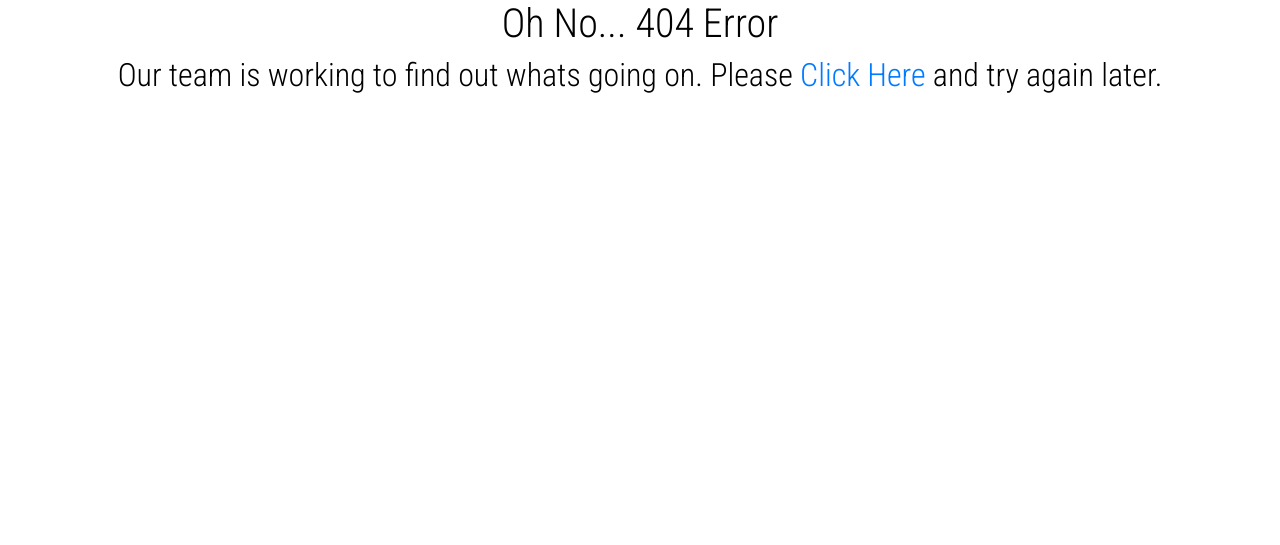
Repository: Code-Institute-Submissions/https-github.com-callendera-Milestone-Project-2
Page: 404.html
The author's editor kept a record of every edit. The page is drawn from the files as they stood at one moment, then again after the next edit.
The browser window is 1280 px wide. The pictures show the whole page.
Some web libraries are served in a nearby version.

Above is the page before.
Console error: TypeError: Cannot read properties of undefined (reading 'fn')

### 404.html
<!DOCTYPE html>
<html lang="en">

<head>
    <meta charset="UTF-8">
    <meta name="viewport" content="width=device-width, initial-scale=1.0">
    <meta http-equiv="X-UA-Compatible" content="ie=edge">
    <title>Fayette County PRIDE</title>


    <link href="https://fonts.googleapis.com/css?family=Amatic+SC:700|Roboto+Condensed:300&display=swap" rel="stylesheet">

    <!--this code provides my Icons-->
    <link rel="stylesheet" href="https://use.fontawesome.com/releases/v5.8.1/css/all.css" integrity="sha384-50oBUHEmvpQ+1lW4y57PTFmhCaXp0ML5d60M1M7uH2+nqUivzIebhndOJK28anvf" crossorigin="anonymous">
    <!--this code allows me to use bootstrap styles and pieces of code-->
    <link rel="stylesheet" href="https://stackpath.bootstrapcdn.com/bootstrap/4.3.1/css/bootstrap.min.css" integrity="sha384-ggOyR0iXCbMQv3Xipma34MD+dH/1fQ784/j6cY/iJTQUOhcWr7x9JvoRxT2MZw1T" crossorigin="anonymous">

    <!--links to my style sheet: style.css-->
    <link rel="stylesheet" href="assets/css/style.css" type="text/css" />




</head>

<body class="text-center">


            <h1>Oh No... 404 Error</h1>

            <h2 class="col-12">Our team is working to find out whats going on. Please <a href="index.html">Click Here</a> and try again later.</h3>


    <!--positioning engine, used throughout webpage-->
    <script src="https://cdnjs.cloudflare.com/ajax/libs/popper.js/1.14.7/umd/popper.min.js " integrity="sha384-UO2eT0CpHqdSJQ6hJty5KVphtPhzWj9WO1clHTMGa3JDZwrnQq4sF86dIHNDz0W1 " crossorigin="anonymous "></script>

    <!--script needed to link my bootstrap javascript classes-->
    <script src="https://stackpath.bootstrapcdn.com/bootstrap/4.3.1/js/bootstrap.min.js " integrity="sha384-JjSmVgyd0p3pXB1rRibZUAYoIIy6OrQ6VrjIEaFf/nJGzIxFDsf4x0xIM+B07jRM " crossorigin="anonymous "></script>


    </div>

    <!-- Modal -->


</body>

</html>

### assets/css/style.css
/** {*/

/*  background: #000 !important;*/

/*  color: #0f0 !important;*/

/*  outline: solid #f00 1px !important;*/

/*}*/

/*--Background Styles--*/

body {
    font-family: 'Roboto Condensed', sans-serif;

    background-color: #ffffff;
    color: black;
    font-size: 20px;
}

footer {
    background-color: #686464;
    color: #ffffff;
    font-size: 12px;
}

.error-body {
    background: url("../images/bounce.gif")repeat center center fixed;
    -webkit-background-size: cover;
    -moz-background-size: cover;
    -o-background-size: cover;
    background-size: contain;

    overflow: hidden;

    align-items: center;
    justify-content: center;
    height: 50vh;
}

.contact-info {
    padding-top: 20px;
}

.callout-container {
    /*--- sets background image for callout container. it is set to not repeat, so the image doesnt stretch, and the image will be centered horizontally and pushed to the top of the container. the background will also not scroll, but remained positioned so things will scroll past it---*/
    background: url("../images/crowd.jpg")no-repeat center center fixed;
    /*--- adjusts background for different browsers ---*/
    -webkit-background-size: cover;
    -moz-background-size: cover;
    -o-background-size: cover;
    background-size: cover;

    /*--- makes the background fit to the container ---*/
    overflow: hidden;

    /*--- aligns and justifies text in container ---*/
    align-items: center;
    justify-content: center;
    /*--- the height that container will take up in the viewport ---*/
    height: 100vh;

}

.involved-container {
    color: black;
    padding-top: 500px;

    /*--- makes the background fit to the container ---*/
    overflow: hidden;

    /*--- aligns and justifies text in container ---*/
    align-items: center;
    justify-content: center;
    /*--- the height that container will take up in the viewport ---*/
    height: 60vh;

}

.opaque-overlay {
    /*---positioned relative to the nearest positioned ancestor---*/
    position: absolute;
    top: 0;
    left: 0;
    /*--- size of overlay to just cover background image ---*/
    height: 100%;
    width: 100%;
    /*--- color of background to be grey but almost transparent to make white text stand out ---*/
    background-color: rgba(0, 0, 0, 0.55);

    /*---pulls content forward to be visible on Z-index axis---*/
    z-index: 1;

}

/*--Navbar Styles--*/

.my-navbar {
    font-family: 'Roboto Condensed', sans-serif;

    /*--- removes margins automatically set by bootstrap ---*/
    margin: 0;
    /*--- removes padding automatically set by bootstrap ---*/
    padding-left: 20px;
    padding-right: 20px;
    padding-bottom: 0;
    padding-top: 0;
    background-color: #ffffff;
    /*--- color of text white ---*/
    height: 150px;
}

.my-navbar-nav {
    /*--- removes padding automatically set by bootstrap ---*/
    padding-left: 30px;
    background-color: #ffffff;


}



.my-nav-link {
    /*--- color of text white ---*/
    color: black;
    /*--- color change transition when hovering over my-nav-link ---*/
    transition: all 0.40s ease-in-out;
    -moz-transition: all 0.40s ease-in-out;
    -webkit-transition: all 0.40s ease-in-out;
    -o-transition: all 0.40s ease-in-out;
    /*--- adjustments for each web browser ---*/
}


.my-navbar-toggler {
    /*--- display to fill contents ---*/
    display: contents;
    width: 2em;
    height: 2em;
    /*--- aligns to fit toggler container ---*/
    vertical-align: middle;
    /*--- content aligned according to parent element ---*/
    content: "";
    /*--- toggler doesn't repeat and it center to container ---*/
    background: no-repeat center center;
    /*--- toggler 100% of toggler container ---*/
    background-size: 100% 100%;

    /*--- color of text white ---*/
    color: black;
    /*--- removes margins automatically set by bootstrap ---*/
    margin-right: 30px;
}

.my-navbar-toggler-icon {
    /*--- color of icon white ---*/
    color: black;

}

.my-navbar-brand {
    font-family: 'Amatic SC', cursive;

}

/*--Buttons--*/

.my-btn {
    /*---blue color--*/
    background-color: #28a74500;
    border-color: #03A9F4;
    color: #03A9F4;
    font-weight: 800;

}

.my-btn:hover {
    /*--- color of background: blue ---*/
    background-color: #03A9F4;
    /*--- when mouse is hovered the button will transition for .40seconds to a darker green color. the color will gradually ease in and then ease out. ---*/
    transition: all 0.40s ease-in-out;
    -moz-transition: all 0.40s ease-in-out;
    -webkit-transition: all 0.40s ease-in-out;
    -o-transition: all 0.40s ease-in-out;
    /*--- adjustments for each web browser ---*/
}

.my-involved-btn {
    background-color: #ffffff;
    border-color: #03A9F4;
    color: #03A9F4;
}

.my-involved-btn:hover {
    /*--- color of background: blue ---*/
    background-color: #03A9F4;
    /*--- when mouse is hovered the button will transition for .40seconds to a darker green color. the color will gradually ease in and then ease out. ---*/
    transition: all 0.40s ease-in-out;
    -moz-transition: all 0.40s ease-in-out;
    -webkit-transition: all 0.40s ease-in-out;
    -o-transition: all 0.40s ease-in-out;
    /*--- adjustments for each web browser ---*/
}

.app-heading {
    padding-bottom: 30px;
}


.volunteer-form {
    padding-top: 200px;
    padding-bottom: 100px;
}

.footer-NPO {
    padding-top: 20px;
}

.footer-social-media {
    padding-left: 20px;
    padding-top: 20px;
}

.footer-social-media i {
    /*---blue color--*/
    color: #03A9F4;
    font-size: 20px;

}

.footer-social-media i:hover {
    /*--- color of background: darker green ---*/
    color: #2567ae;
    /*--- when mouse is hovered the button will transition for .40seconds to a darker green color. the color will gradually ease in and then ease out. ---*/
    transition: all 0.40s ease-in-out;
    -moz-transition: all 0.40s ease-in-out;
    -webkit-transition: all 0.40s ease-in-out;
    -o-transition: all 0.40s ease-in-out;
    /*--- adjustments for each web browser ---*/
}

.social-heading {
    padding-top: 100px;
    font-size: 25px;
}

.social-media i {
    /*---blue color--*/
    color: #03A9F4;
    font-size: 30px;
    padding: 15px;
}

.social-media i:hover {
    /*--- color of background: darker green ---*/
    color: #2567ae;
    /*--- when mouse is hovered the button will transition for .40seconds to a darker green color. the color will gradually ease in and then ease out. ---*/
    transition: all 0.40s ease-in-out;
    -moz-transition: all 0.40s ease-in-out;
    -webkit-transition: all 0.40s ease-in-out;
    -o-transition: all 0.40s ease-in-out;
    /*--- adjustments for each web browser ---*/
}


.my-icon i {
    /*---blue color--*/
    color: #03A9F4;
    font-size: 50px;
}

.my-icon i:hover {
    /*--- color of background: darker blue ---*/
    color: #2567ae;
    /*--- when mouse is hovered the button will transition for .40seconds to a darker blue color. the color will gradually ease in and then ease out. ---*/
    transition: all 0.40s ease-in-out;
    -moz-transition: all 0.40s ease-in-out;
    -webkit-transition: all 0.40s ease-in-out;
    -o-transition: all 0.40s ease-in-out;
    /*--- adjustments for each web browser ---*/
}

/*--- Images ---*/

.involved-div3 {

    background: url("../images/holding.jpg")no-repeat center center;
    /*--- adjusts background for different browsers ---*/
    -webkit-background-size: cover;
    -moz-background-size: cover;
    -o-background-size: cover;
    background-size: cover;

    /*--- makes the background fit to the container ---*/
    overflow: hidden;

    /*--- aligns and justifies text in container ---*/
    align-items: center;
    justify-content: center;

    width: 300px;
    height: 300px;
}

.involved-div2 {

    background: url("../images/vendors.jpg")no-repeat center center;
    /*--- adjusts background for different browsers ---*/
    -webkit-background-size: cover;
    -moz-background-size: cover;
    -o-background-size: cover;
    background-size: cover;

    /*--- makes the background fit to the container ---*/
    overflow: hidden;

    /*--- aligns and justifies text in container ---*/
    align-items: center;
    justify-content: center;

    width: 300px;
    height: 300px;
}

.involved-div1 {

    background: url("../images/rainbow.jpg")no-repeat center center;
    /*--- adjusts background for different browsers ---*/
    -webkit-background-size: cover;
    -moz-background-size: cover;
    -o-background-size: cover;
    background-size: cover;

    /*--- makes the background fit to the container ---*/
    overflow: hidden;

    /*--- aligns and justifies text in container ---*/
    align-items: center;
    justify-content: center;

    width: 300px;
    height: 300px;
}

.involved-padding {
    /*padding-top: 10px;*/
    font-size: 14.3px;
}


.involved-margin {
    margin-top: 40px;
}


.involved-span {
    width: 200px;
    height: 300px;
    background-color: #03A9F4;
    margin: auto;
    color: #ffffff;
}

.event-container {
    padding-top: 80px;
}

.history-div {
    width: 300px;
    margin: auto;
    padding-top: 150px;
}

.group-image-div {

    background: url("../images/group.png")no-repeat center center;
    /*--- adjusts background for different browsers ---*/
    -webkit-background-size: cover;
    -moz-background-size: cover;
    -o-background-size: cover;
    background-size: cover;

    /*--- makes the background fit to the container ---*/
    overflow: hidden;

    /*--- aligns and justifies text in container ---*/
    align-items: center;
    justify-content: center;

    height: 300px;
    width: 800px;
    margin-left: ;

}

.insta1 {
    background: url("../images/day.png")no-repeat center center;
    /*--- adjusts background for different browsers ---*/
    -webkit-background-size: cover;
    -moz-background-size: cover;
    -o-background-size: cover;
    background-size: cover;

    /*--- makes the background fit to the container ---*/
    overflow: hidden;

    /*--- aligns and justifies text in container ---*/
    align-items: center;
    justify-content: center;
}

.insta2 {
    background: url("../images/stonewall.png")no-repeat center center;
    /*--- adjusts background for different browsers ---*/
    -webkit-background-size: cover;
    -moz-background-size: cover;
    -o-background-size: cover;
    background-size: cover;

    /*--- makes the background fit to the container ---*/
    overflow: hidden;

    /*--- aligns and justifies text in container ---*/
    align-items: center;
    justify-content: center;
}

.insta3 {
    background: url("../images/pride2.png")no-repeat center center;
    /*--- adjusts background for different browsers ---*/
    -webkit-background-size: cover;
    -moz-background-size: cover;
    -o-background-size: cover;
    background-size: cover;

    /*--- makes the background fit to the container ---*/
    overflow: hidden;

    /*--- aligns and justifies text in container ---*/
    align-items: center;
    justify-content: center;
}

.insta4 {
    background: url("../images/poster.png")no-repeat center center;
    /*--- adjusts background for different browsers ---*/
    -webkit-background-size: cover;
    -moz-background-size: cover;
    -o-background-size: cover;
    background-size: cover;

    /*--- makes the background fit to the container ---*/
    overflow: hidden;
    /*--- aligns and justifies text in container ---*/
    align-items: center;
    justify-content: center;
}


.insta5 {
    background: url("../images/wrong.png")no-repeat center center;
    /*--- adjusts background for different browsers ---*/
    -webkit-background-size: cover;
    -moz-background-size: cover;
    -o-background-size: cover;
    background-size: cover;

    /*--- makes the background fit to the container ---*/
    overflow: hidden;

    /*--- aligns and justifies text in container ---*/
    align-items: center;
    justify-content: center;
}

.insta6 {
    background: url("../images/sky.png")no-repeat center center;
    /*--- adjusts background for different browsers ---*/
    -webkit-background-size: cover;
    -moz-background-size: cover;
    -o-background-size: cover;
    background-size: cover;

    /*--- makes the background fit to the container ---*/
    overflow: hidden;

    /*--- aligns and justifies text in container ---*/
    align-items: center;
    justify-content: center;
}

.insta-container {
    padding-left: 85px;
}

.insta-div {
    width: 200px;
    height: 200px;
    background-color: black;
    margin-bottom: 40px;
}

/*---------------TIMELINE-------------*/

.time-map-margin {
    margin-top: 40px;
}

.map {
    height: 200px;
}

div#map {

    min-height: 360px;

}

.events-heading {
    margin-top: 80px;
}

.my-timeline-item {
    /*--- removes padding automatically set by bootstrap ---*/
    padding: 4em 2em 0em 2em;
    /*---positioned relative to normal position---*/
    position: relative;
    /*--- creates solid line for timeline ---*/
    border-left: 1px solid;
}

.my-timeline-item p {
    /*--- removes padding automatically set by bootstrap ---*/
    padding: 0;
    /*--- removes margins automatically set by bootstrap ---*/
    margin: 0;
}

/*--- 'before' sets dates ---*/

.my-timeline-item:before {
    /*--- timeline displays dates to and the attribute sets them to be in order ---*/
    content: attr(data-dates);
    position: absolute;
    left: 2.5em;
    top: 3em;
    display: block;
    font-weight: 500;
    font-size: 0.8em;
    /*--- removes padding automatically set by bootstrap ---*/
    padding: 0;
    /*--- removes margins automatically set by bootstrap ---*/
    margin: 0;
}

/*--- 'after sets dots  ---*/

.my-timeline-item:after {
    width: 12px;
    height: 12px;
    display: block;
    top: 2.4em;
    /*---positioned relative to the nearest positioned ancestor---*/
    position: absolute;
    left: -6px;
    border-radius: 12px;
    content: '';
    background-color: black;
}

.my-timeline {
    /*--- removes padding automatically set by bootstrap ---*/
    padding-left: 100px;
    padding-top: 20px;
    padding-right: 50px;
    padding-bottom: 20px;

    z-index: 2;
}



/*---MISC.--*/

.my-block-divider {
    width: 250px;
    height: 3px;
    /*--- no outline on divider ---*/
    border: 0;
    /*--- color of block divider, grey and slightly transparent ---*/
    background-color: #ffeb3b;
}

.my-text-box {
    padding: 25px;
}

.myform {
    width: 250px;
    margin: auto;
}

.my-jumbotron {
    height: 630px;
    width: 325px;
    margin-left: 25px;
    margin-top: 120px;
    font-size: 40px;

}

.involved-container {
    padding: 0px;
}

.cover-heading {
    font-family: 'Amatic SC', cursive;
    font-size: 100px;
    padding-top: 100px;

}

/*---Media Queries--*/

@media (min-width: 576px) {
    .my-navbar-nav {
        padding-left: 0px;
    }

    .opaque-overlay {
        height: 60vh;

    }

    .involved-container {
        padding: 0px;
    }

    .my-jumbotron {
        width: 500px;
        margin-left: 38px;
        margin-right: 38px;
        margin-top: 90px;
    }
    .myform {
        width: 400px;
    }

    .insta-div {
        height: 130px;
        width: 130px;
        margin: 10px;
    }

    .insta-container {
        margin: auto;
        padding-left: 60px;
        padding-right: 60px;
    }

}

@media (min-width: 768px) {

    .insta-div {
        height: 170px;
        width: 170px;
        margin: 10px;
    }

    .insta-container {
        margin: auto;
        padding-left: 90px;
        padding-right: 60px;
    }

    .involved-padding {
        padding-top: 40px;
    }

    .involved-span {
        padding-top: 30px;

    }
    .history-div {
        width: 600px;

        padding-top: 150px;

    }

    .my-jumbotron {
        width: 600px;
        margin-left: 84px;
        margin-right: 84px;
        margin-top: 100px;
    }

    .myform {
        width: 500px;
        margin: auto;
    }
}

@media (min-width: 992px) {

    .my-jumbotron {
        width: 900px;
        margin-left: 46px;
        margin-right: 46px;
        margin-top: 85px;
    }

    .myform {
        width: 800px;
    }

    .involved-margin {
        margin-left: 150px;
        margin-right: 150px;
        margin-top: 40px;

    }

    .involved-span {
        padding-top: 30px;
        background-color: #03A9F4;
        margin-top: 200px;
        color: #ffffff;
    }

    .history-div {
        width: 600px;

        padding-top: 150px;

    }

    .insta-div {

        margin: 40px;
    }


}

@media (min-width: 1200px) {

    .opaque-overlay {
        height: 90vh;

    }

    .my-jumbotron {

        width: 1150px;
        margin: auto;
        margin-top: 100px;

    }


    .history-div {
        width: 600px;

        padding-top: 150px;
        margin: auto;
    }



    .involved-margin {
        margin-left: 140px;
        margin-right: 250px;
        margin-top: 40px;
        width: 850px;
    }



    .involved-span {

        background-color: #03A9F4;
        margin-top: 200px;
        color: #ffffff;
    }

    .involved-div1 {
        width: 300px;
        height: 300px;
    }
    .involved-div2 {
        width: 300px;
        height: 300px;
    }
    .involved-div3 {
        width: 300px;
        height: 300px;
    }

    .myform {
        width: 1100px;
        margin: auto;
    }

    .involved-padding {
        padding-right: 15px;
        padding-left: 15px;
        padding-top: 40px;
    }


    .my-block-divider {
        width: 300px;

    }

    .insta-div {
        width: 250px;
        height: 250px;
        background-color: black;
        margin: 40px;
    }
}

After the next edit:
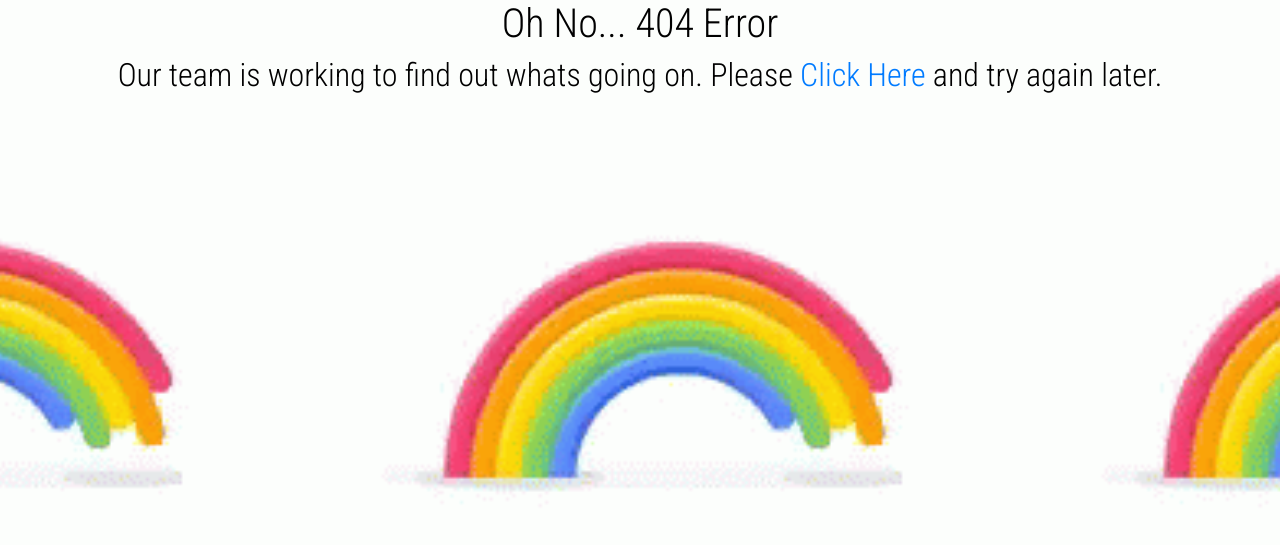
The edit:
--- a/404.html
+++ b/404.html
@@ -23,7 +23,7 @@
 
 </head>
 
-<body class="text-center">
+<body class="text-center error-body">
 
 
             <h1>Oh No... 404 Error</h1>
